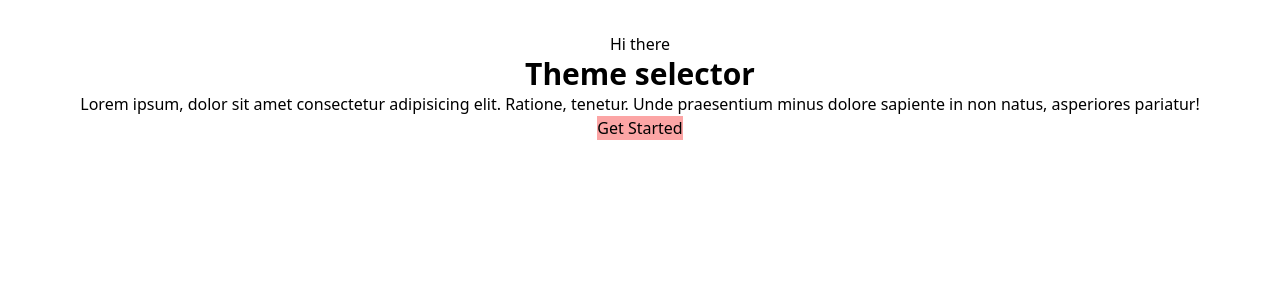
Repository: prince-bansal/tailwind-theme-switcher
Page: /
An editor plug-in stored every save of this project. The page is shown before and after the next save, followed by the edit.
The browser window is 1280 px wide. The pictures show the whole page.
The project was rebuilt for these pictures with package versions that can differ from the ones it lists, and the page was loaded fresh each time. Also part of the build but not shown: vite.config.ts.

Above is the page before, as saved 2024-03-17 19:06:20.

### src/App.tsx
import './App.css'

function App() {

  return (
    <>
      <p>Hi there</p>
      <h1 className="text-3xl font-bold">Theme selector</h1>
      <p>Lorem ipsum, dolor sit amet consectetur adipisicing elit. Ratione, tenetur. Unde praesentium minus dolore sapiente in non natus, asperiores pariatur!</p>
      <button className='bg-red-300 '>Get Started</button>
    </>
  );
}

export default App

Loaded but not shown: index.html (common file); src/main.tsx (common file); src/index.css (common file); src/App.css (common file); tailwind.config.js (common file)

After the next save:
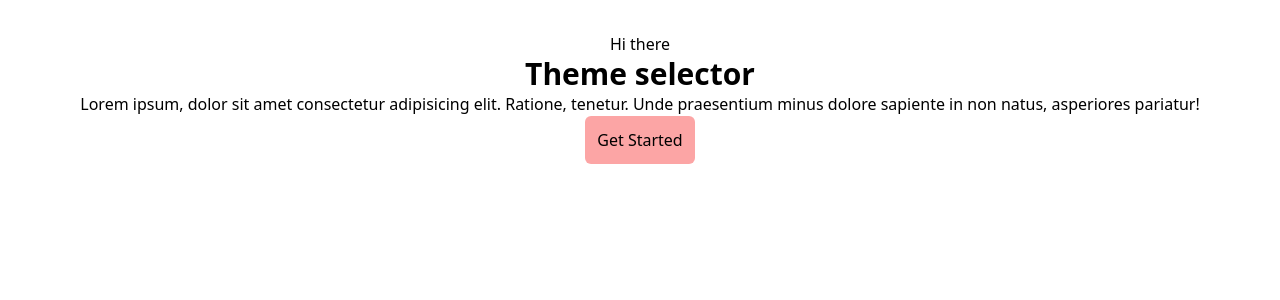
Saved 7 s later.
--- a/src/App.tsx
+++ b/src/App.tsx
@@ -7,7 +7,7 @@ function App() {
       <p>Hi there</p>
       <h1 className="text-3xl font-bold">Theme selector</h1>
       <p>Lorem ipsum, dolor sit amet consectetur adipisicing elit. Ratione, tenetur. Unde praesentium minus dolore sapiente in non natus, asperiores pariatur!</p>
-      <button className='bg-red-300 '>Get Started</button>
+      <button className='bg-red-300  p-3 rounded-md'>Get Started</button>
     </>
   );
 }
